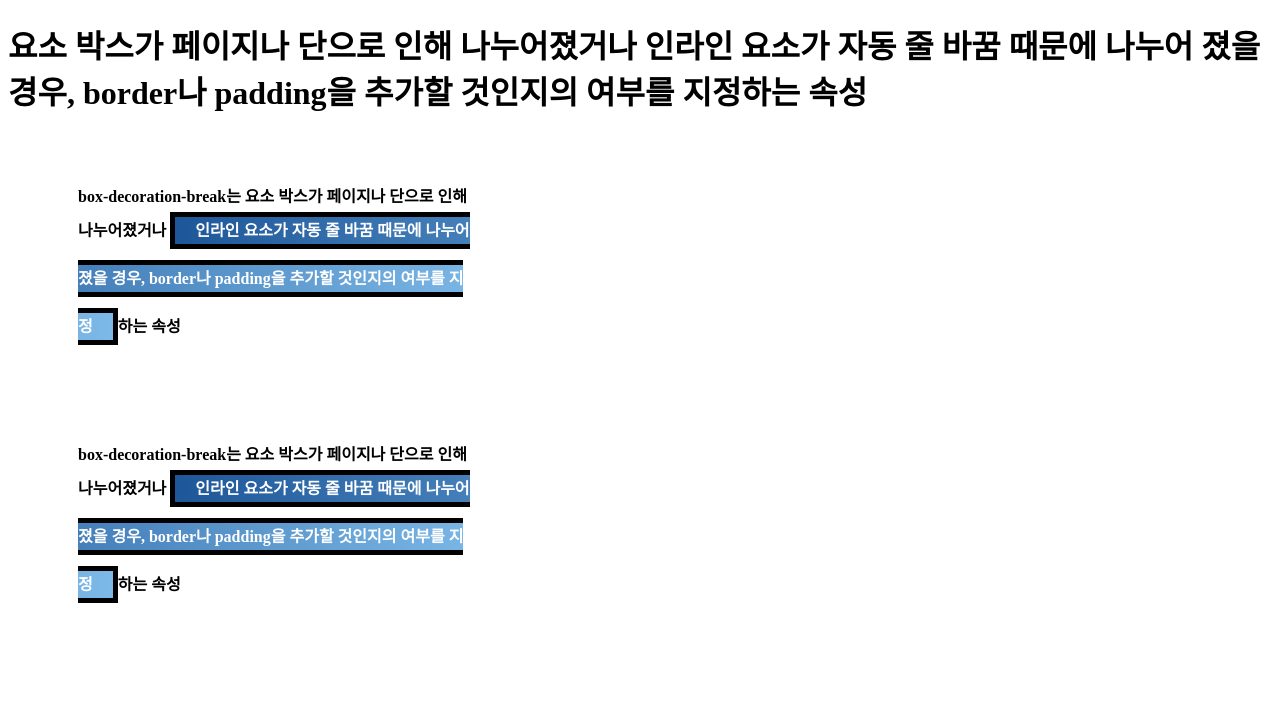
Repository: cussip/SuperHands
Page: WebExam/src/main/webapp/css/border/box_decoration_break.html
The author's editor kept a copy of each file at every save. The page is drawn from the files as they stood at one save, then again after the next save.
The browser window is 1280 px wide. The pictures show the whole page.

Above is the page before, as saved 2022-02-01 04:00:43.

After the next save:
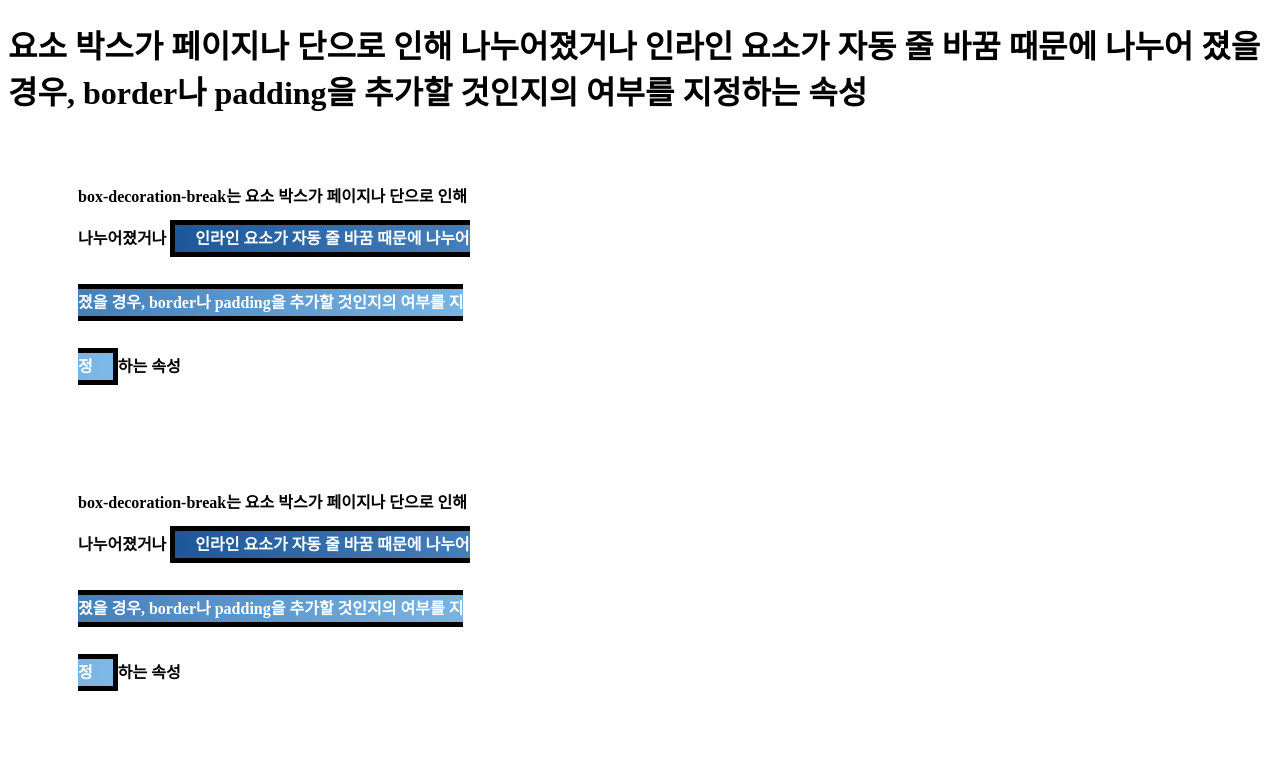
Saved 8 s later.
--- a/WebExam/src/main/webapp/css/border/box_decoration_break.html
+++ b/WebExam/src/main/webapp/css/border/box_decoration_break.html
@@ -15,7 +15,7 @@
 			border: #000 solid 5px;
 			background: linear-gradient(to right, #1E5799 0%, #7DB9E8 100%);
 			padding: 5px 20px;
-			line-height: 3;
+			line-height: 4;
 		}
 	</style>
 </head>
